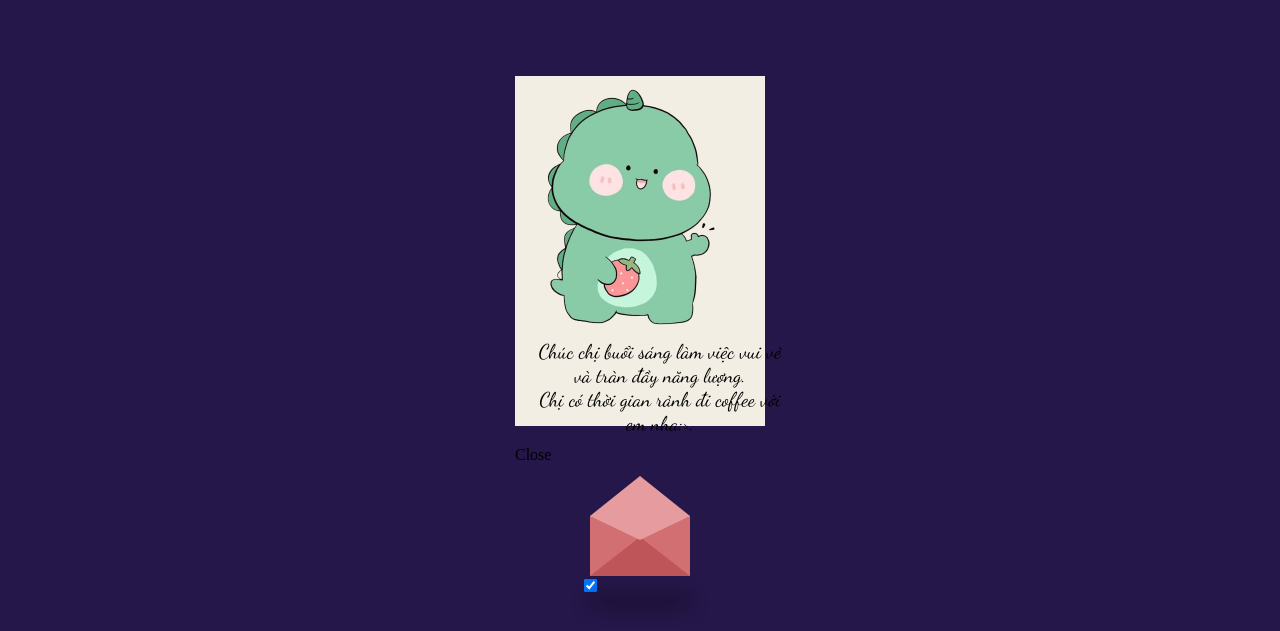
Repository: Dangtrinh28/letter
Page: index.html
These files come from the project's save history. The page is drawn as it stood at one moment and after the next save; the edit follows.
The browser window is 1280 px wide. The pictures show the whole page.
The first `input` is checked.

Above is the page before, as saved 2022-12-15 23:54:30.

After the next save:
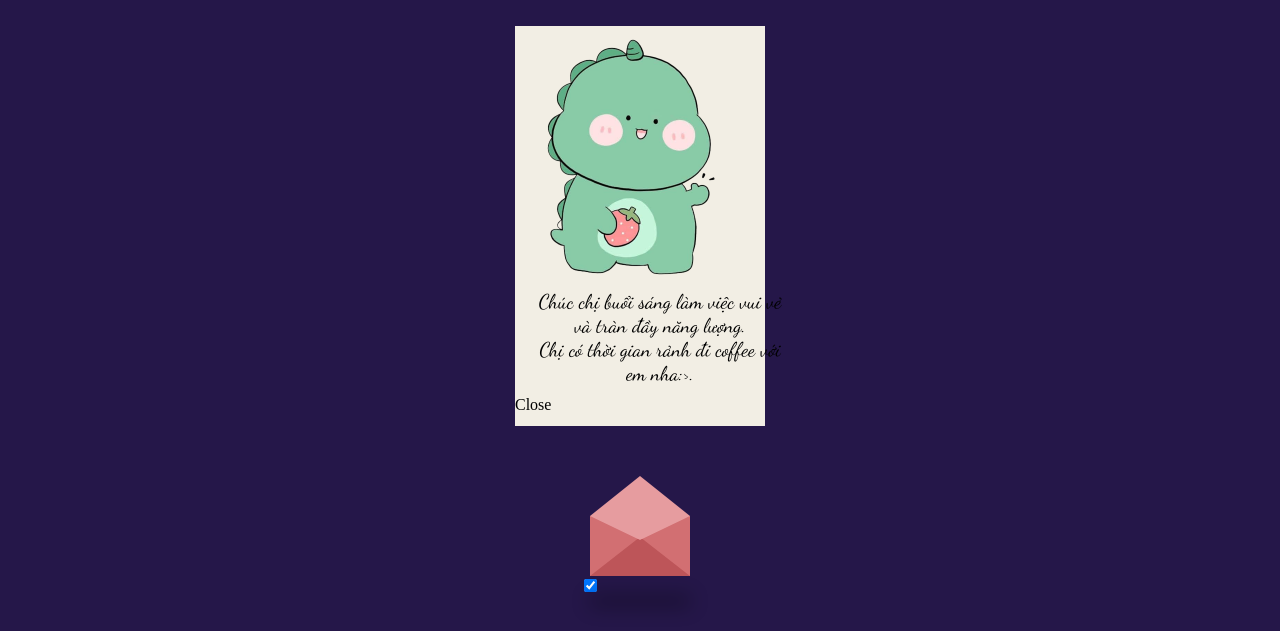
Saved 6 s later.
--- a/main.css
+++ b/main.css
@@ -79,7 +79,7 @@ input {
 input:checked ~ .content {
     bottom: 150px;
     width: 250px;
-    height: 350px;
+    height: 400px;
     margin: 0;
     left: 50%;
     transform: translate(-50%);
